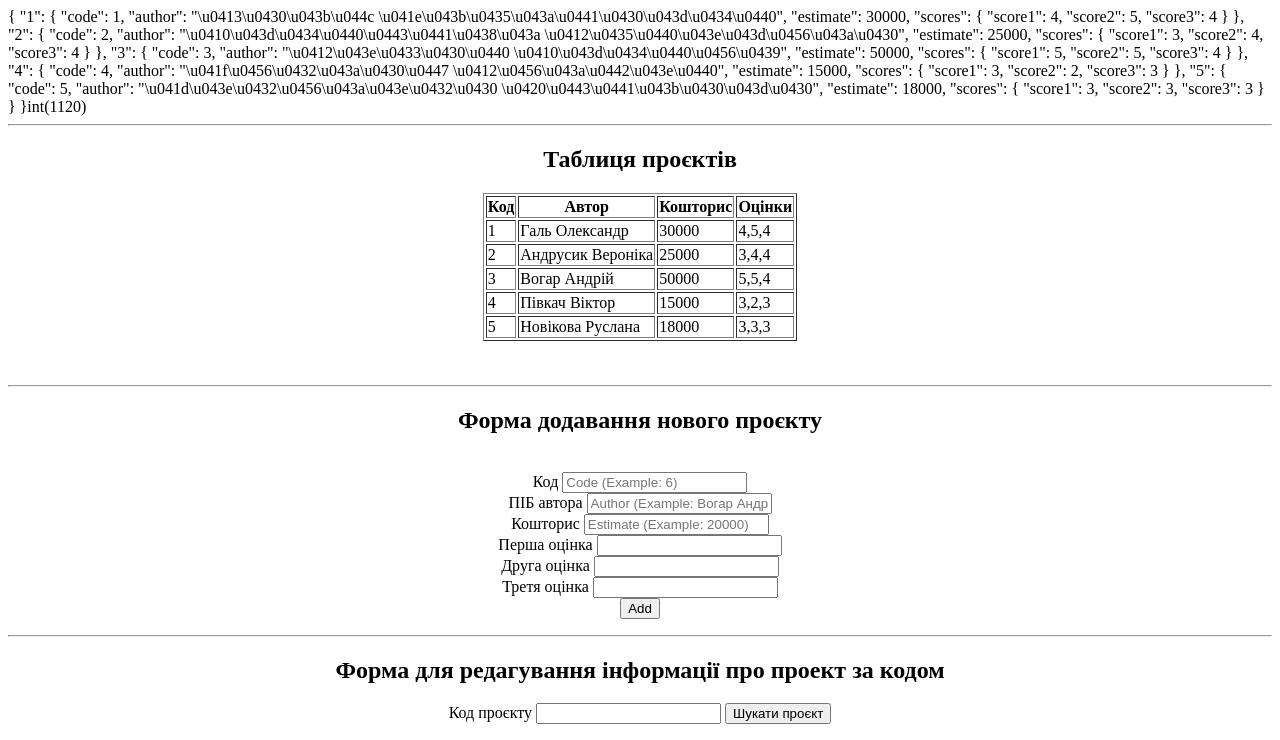
Repository: AndriyVohar/PHP-learn
Page: http://localhost/
The author's editor kept a copy of each file at every save. The page is drawn from the files as they stood at one save, then again after the next save.
The browser window is 1280 px wide. The pictures show the whole page.
The page is run by PHP 8.4 with error messages shown; the project is at /var/www/html/.

Above is the page before, as saved 2023-10-04 19:59:12.

### Lab-2/index.php
<?php
$projectsJSON = readfile('projects-data.json');
var_dump($projectsJSON);
// echo $projectJSON;
$projects = [
    1=>[
        'code'=>1,
        'author'=>'Галь Олександр',
        'estimate'=>30000,
        'scores'=>[
            'score1'=>4,
            'score2'=>5,
            'score3'=>4,
        ],
    ],
    2=>[
        'code'=>2,
        'author'=>'Андрусик Вероніка',
        'estimate'=>25000,
        'scores'=>[
            'score1'=>3,
            'score2'=>4,
            'score3'=>4,
        ],
    ],
    3=>[
        'code'=>3,
        'author'=>'Вогар Андрій',
        'estimate'=>50000,
        'scores'=>[
            'score1'=>5,
            'score2'=>5,
            'score3'=>4,
        ],
    ],
    4=>[
        'code'=>4,
        'author'=>'Півкач Віктор',
        'estimate'=>15000,
        'scores'=>[
            'score1'=>3,
            'score2'=>2,
            'score3'=>3,
        ],
    ],
    5=>[
        'code'=>5,
        'author'=>'Новікова Руслана',
        'estimate'=>18000,
        'scores'=>[
            'score1'=>3,
            'score2'=>3,
            'score3'=>3,
        ],
    ],
];

$fp = fopen('projects-data.json','w');
$projectJSON = json_encode($projects);
fputs($fp,$projectJSON);
fclose($fp);
//2. Вивести дані про об'єкти в таблицю.
include 'table.phtml';

//3. Підготувати функцію для вибору всіх елементів масиву, що відповідають запиту. Вивести їх в таблицю.
function filteredProjects($projects, $maxEstimate, $minSumScores){
    echo '
    <br><br>
    <h2>Відфільтрований список проектів</h2><br>
    <center>
    <table border="1">
        <tr>
        <th>Код</th>
        <th>Автор</th>
        <th>Кошторис</th>
        <th>Оцінки</th>
        </tr>
    ';
    foreach($projects as $project){
        if(($project['estimate']<=$maxEstimate)&&(($project['scores']['score1']+$project['scores']['score2']+$project['scores']['score3'])>=$minSumScores)){
            echo '<tr>
            <td>'.$project['code'].'</td>
            <td>'.$project['author'].'</td>
            <td>'.$project['estimate'].'</td>
            <td>'.$project['scores']['score1'].','
                .$project['scores']['score2'].','
                .$project['scores']['score3'].','.
            '</td>
            </tr>';
        }
    }
    echo '</table></center>';
}

// 4. Передбачити можливість передачі параметрів запиту через рядок стану (наприклад index.php?country=ukraine&min_age=18)
if(isset($_GET['max_estimate'])&&isset($_GET['min_sum_scores'])){
    $maxEstimate = intval($_GET['max_estimate']);
    $minSumScores = intval($_GET['min_sum_scores']);
    filteredProjects($projects,$maxEstimate,$minSumScores);
}

// 5. Створити форму для додавання нового об'єкту до масиву.
include 'form.phtml';
//Додавання об'єкту до масиву
if($_SERVER['REQUEST_METHOD']==='POST'&&isset($_POST['code'])){
    $code = $_POST['code'];
    $author = $_POST['author'];
    $estimate = $_POST['estimate'];
    $scores = $_POST['scores'];

    $projects[(int)$code] = [
        'code'=>$code,
        'author'=>$author,
        'estimate'=>$estimate,
        'scores'=>$scores,
    ];

    include 'table.phtml';
}

// 6. Створити форму редагування даних про об'єкт.
include 'form_change.phtml';
// 7. Перед редагуванням здійснити валідацію даних (ПІБ не може бути порожнім рядком, заробітна плата повинна бути невід'ємним числом, тощо).
if ($_SERVER["REQUEST_METHOD"] === "POST" && isset($_POST["edit-code"])) {
    $editCode = $_POST["edit-code"];
    $projectToEdit = $projects[(int)$editCode];

    if($projectToEdit){
        ?>
        <center>
        <form method="POST">
            <input type="hidden" name="edit-code" value="<?=$editCode; ?>">
            <label>
                ПІБ автора
                <input name="edit-author" type="text" id="edit-author" value="<?= $projectToEdit['author'];?>">
            </label><br>
            <label>
                Кошторис
                <input name="edit-estimate" type="number" id="edit-estimate" value="<?= $projectToEdit['estimate'];?>">
            </label><br>
            <label>
                Перша оцінка
                <input name="edit-score1" type="number" id="edit-score1" value="<?= $projectToEdit['scores']['score1'];?>">
            </label><br>
            <label>
                Друга оцінка
                <input name="edit-score2" type="number" id="edit-score2" value="<?= $projectToEdit['scores']['score2'];?>">
            </label><br>
            <label>
                Третя оцінка
                <input name="edit-score3" type="number" id="edit-score3" value="<?= $projectToEdit['scores']['score3'];?>">
            </label><br>
            <button name="change-project" type="submit">Змінити дані</button>
        </form>
        </center>
        <?php

        //Валідація даних, а після цього запис у масив проектів
        if($_SERVER["REQUEST_METHOD"]==="POST"&&isset($_POST["edit-author"])){
            $editAuthor = $_POST["edit-author"];
            $editEstimate = $_POST["edit-estimate"];
            $editScore1=$_POST["edit-score1"];
            $editScore2=$_POST["edit-score2"];
            $editScore3=$_POST["edit-score3"];
            if($editAuthor===''||(int)$editEstimate<0||(int)$editScore1<0||(int)$editScore2<0||(int)$editScore3<0){
                return false;
            }
            $projects[(int)$editCode] = [
                'code'=>$editCode,
                'author'=>$editAuthor,
                'estimate'=>$editEstimate,
                'scores'=>[
                    'score1'=>$editScore1,
                    'score2'=>$editScore2,
                    'score3'=>$editScore3,
                ],
            ];
            include 'table.phtml';
        }
    }
}

### Lab-2/projects-data.json
{
	"1":
	{
		"code": 1,
		"author": "\u0413\u0430\u043b\u044c \u041e\u043b\u0435\u043a\u0441\u0430\u043d\u0434\u0440",
		"estimate": 30000,
		"scores":
		{
			"score1": 4,
			"score2": 5,
			"score3": 4
		}
	},
	"2":
	{
		"code": 2,
		"author": "\u0410\u043d\u0434\u0440\u0443\u0441\u0438\u043a \u0412\u0435\u0440\u043e\u043d\u0456\u043a\u0430",
		"estimate": 25000,
		"scores":
		{
			"score1": 3,
			"score2": 4,
			"score3": 4
		}
	},
	"3":
	{
		"code": 3,
		"author": "\u0412\u043e\u0433\u0430\u0440 \u0410\u043d\u0434\u0440\u0456\u0439",
		"estimate": 50000,
		"scores":
		{
			"score1": 5,
			"score2": 5,
			"score3": 4
		}
	},
	"4":
	{
		"code": 4,
		"author": "\u041f\u0456\u0432\u043a\u0430\u0447 \u0412\u0456\u043a\u0442\u043e\u0440",
		"estimate": 15000,
		"scores":
		{
			"score1": 3,
			"score2": 2,
			"score3": 3
		}
	},
	"5":
	{
		"code": 5,
		"author": "\u041d\u043e\u0432\u0456\u043a\u043e\u0432\u0430 \u0420\u0443\u0441\u043b\u0430\u043d\u0430",
		"estimate": 18000,
		"scores":
		{
			"score1": 3,
			"score2": 3,
			"score3": 3
		}
	}
}

### Lab-2/table.phtml
<?php
/** @var array $projects */
$projects;
?>

<hr>
<center>
<h2>Таблиця проєктів</h2>
<table border="1">
    <tr>
        <th>Код</th>
        <th>Автор</th>
        <th>Кошторис</th>
        <th>Оцінки</th>
    </tr>
    <?php foreach ($projects as $project): ?>
    <tr>
        <td><?= $project['code']; ?></td>
        <td><?= $project['author']; ?></td>
        <td><?= $project['estimate']; ?></td>
        <td><?= implode(',',$project['scores']); ?></td>
    </tr>
    <?php endforeach;?>
</table>
</center>

### Lab-2/form.phtml
<br><br>
<hr>
<center>
<h2>Форма додавання нового проєкту</h2><br>
<form method="POST">
    <label>
        Код
        <input type="number" id="code" name="code" placeholder="Code (Example: 6)">
    </label><br>
    <label>
        ПІБ автора
        <input type="text" id="author" name="author" placeholder="Author (Example: Вогар Андрій)">
    </label><br>
    <label>
        Кошторис
        <input type="number" id="estimate" name="estimate" placeholder="Estimate (Example: 20000)">
    </label><br>
    <label>
        Перша оцінка
        <input type="number" id="score1" name="scores[score1]">
    </label><br>
    <label>
        Друга оцінка
        <input type="number" id="score2" name="scores[score2]">
    </label><br>
    <label>
        Третя оцінка
        <input type="number" id="score3" name="scores[score3]">
    </label><br>
    <button type="submit">Add</button>
</form>
</center>

### Lab-2/form_change.phtml
<center>
<form method="POST">
    <hr>
    <h2>Форма для редагування інформації про проект за кодом</h2>

    <label>
        Код проєкту
        <input name="edit-code" type="text" id="edit-code">
    </label>
    <button type="submit">Шукати проєкт</button>
</form>
</center>

After the next save:
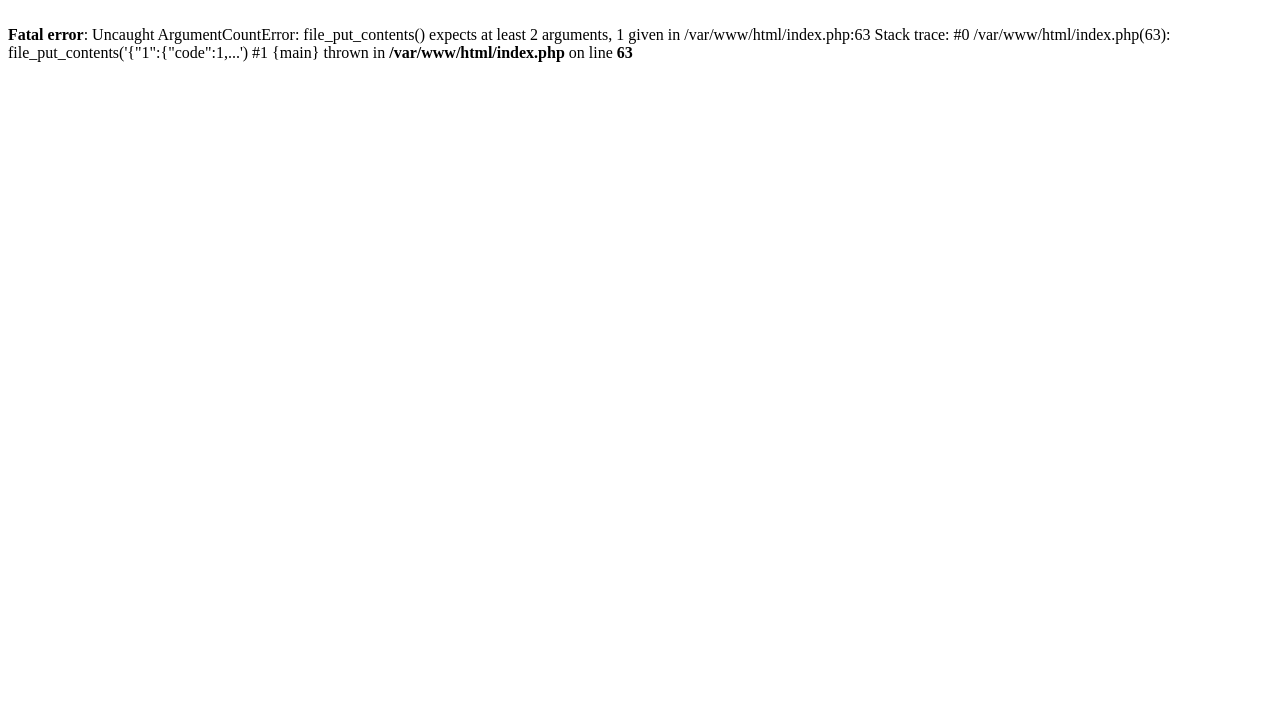
Saved 2 min 0 s later.
--- a/Lab-2/index.php
+++ b/Lab-2/index.php
@@ -1,6 +1,7 @@
 <?php
-$projectsJSON = readfile('projects-data.json');
-var_dump($projectsJSON);
+// $fp = fopen('projects-data.json','r');
+// $projectsJSON = readfile('projects-data.json');
+// var_dump($projectsJSON);
 // echo $projectJSON;
 $projects = [
     1=>[
@@ -55,10 +56,11 @@
     ],
 ];
 
-$fp = fopen('projects-data.json','w');
+// $fp = fopen('projects-data.json','w');
 $projectJSON = json_encode($projects);
-fputs($fp,$projectJSON);
-fclose($fp);
+// fputs($fp,$projectJSON);
+// fclose($fp);
+file_put_contents($projectJSON);
 //2. Вивести дані про об'єкти в таблицю.
 include 'table.phtml';
 

After the save that followed:
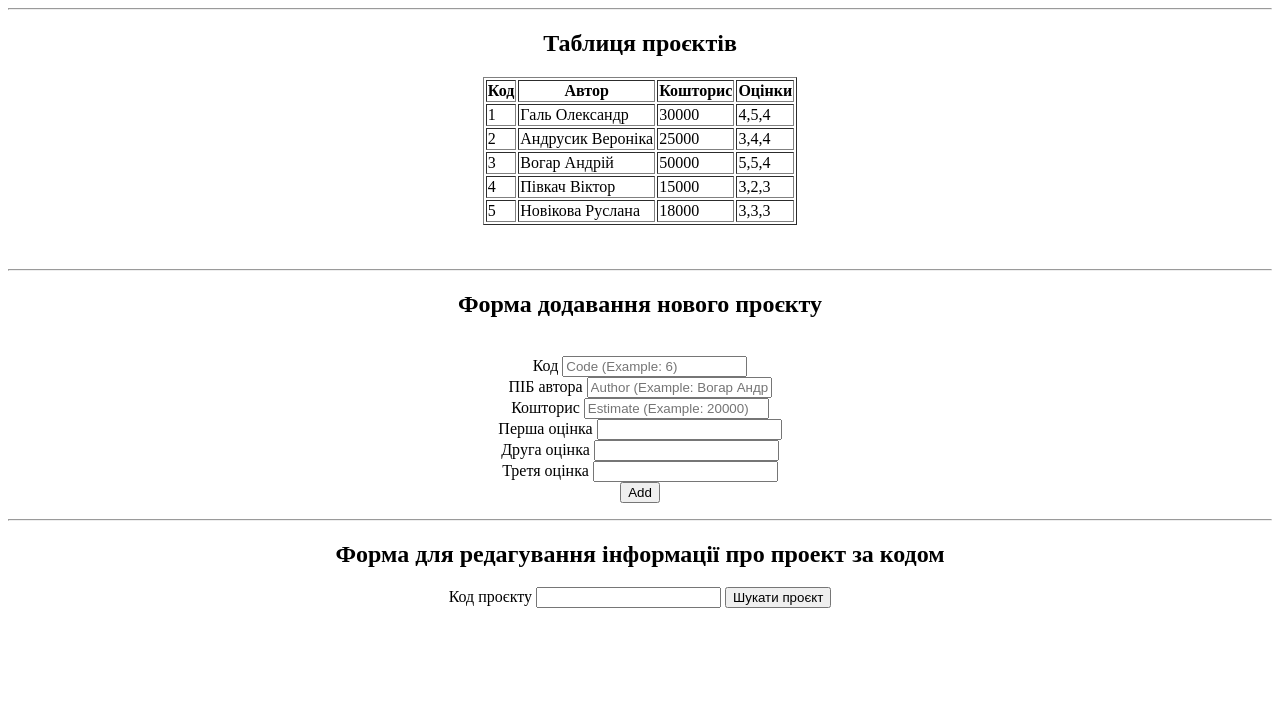
Saved 41 s later.
--- a/Lab-2/index.php
+++ b/Lab-2/index.php
@@ -60,7 +60,7 @@
 $projectJSON = json_encode($projects);
 // fputs($fp,$projectJSON);
 // fclose($fp);
-file_put_contents($projectJSON);
+file_put_contents('projects-data.json',$projectJSON);
 //2. Вивести дані про об'єкти в таблицю.
 include 'table.phtml';
 
